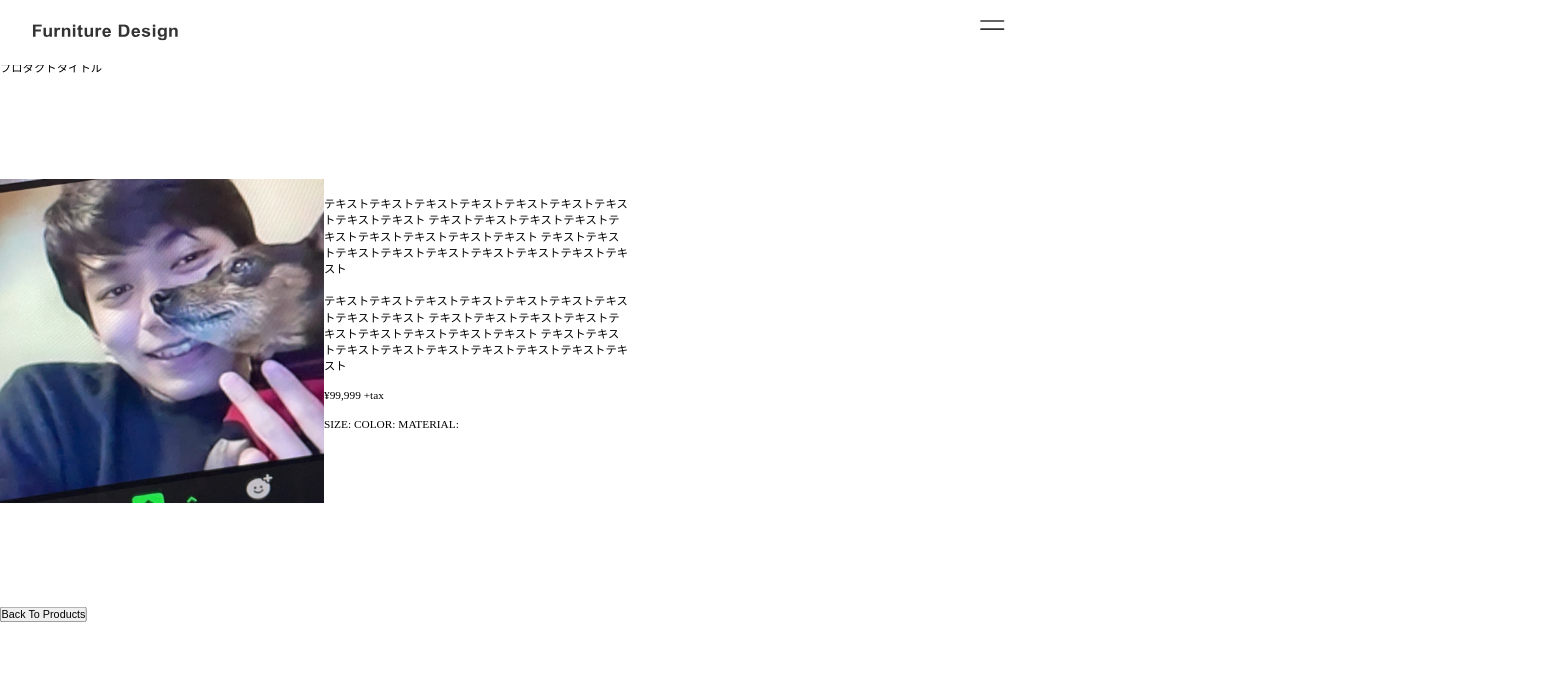
Repository: kohei23n/tenfeet
Page: menbers2/index.html
These files come from the project's save history. The page is drawn as it stood at one moment and after a run of saves; the edit follows.
The browser window is 1280 px wide. The page is 1920 px wide, so the pictures cover 1920 px, including what lies to the right of the window. The pictures show the whole page, at 81% of full size.

Above is the page before, as saved 2022-02-08 21:58:09.

After the next 2 saves:
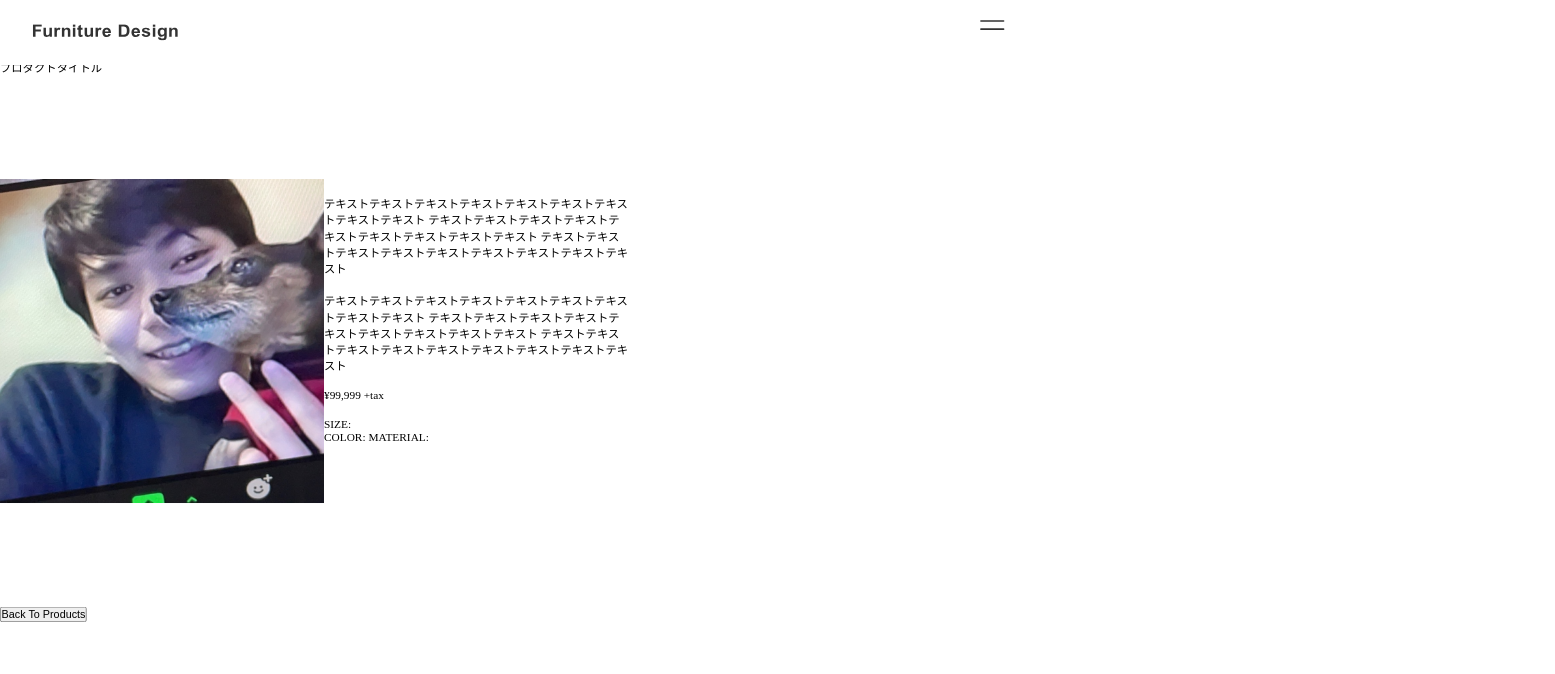
The 2 saves are shown as one change because they came seconds apart.
The last was saved 7 s later.
--- a/menbers2/menbers2.js
+++ b/menbers2/menbers2.js
@@ -5,7 +5,7 @@ let content = `<h1 class="member_name">プロダクトタイトル</h1>
         <p class="message">テキストテキストテキストテキストテキストテキストテキストテキストテキスト テキストテキストテキストテキストテキストテキストテキストテキストテキスト テキストテキストテキストテキストテキストテキストテキストテキストテキスト</p>
         <p class="message">テキストテキストテキストテキストテキストテキストテキストテキストテキスト テキストテキストテキストテキストテキストテキストテキストテキストテキスト テキストテキストテキストテキストテキストテキストテキストテキストテキスト</p>
         <p class="message">¥99,999 +tax</p>
-        <p class="message">SIZE:
+        <p class="message">SIZE: <br>
         COLOR:
         MATERIAL:</p>
 </div>
